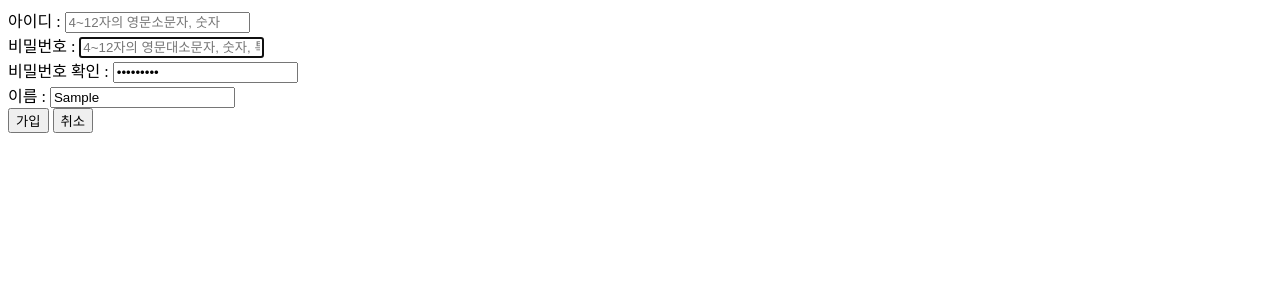
Repository: ih0615/NewJSP
Page: http://localhost/board/views/member/registerForm.jsp
These files come from the project's save history. The page is drawn as it stood at one moment and after the next save; the edit follows.
The browser window is 1280 px wide. The pictures show the whole page.
Empty fields were first filled with sample values (such as "Sample", 5 or name@example.com).
After loading, the first visible `button` was clicked once.
The page is served by Tomcat 9. Nobody is signed in. The application's start-up code is not run.

Above is the page before, as saved 2020-11-20 03:44:15.

After the next save:
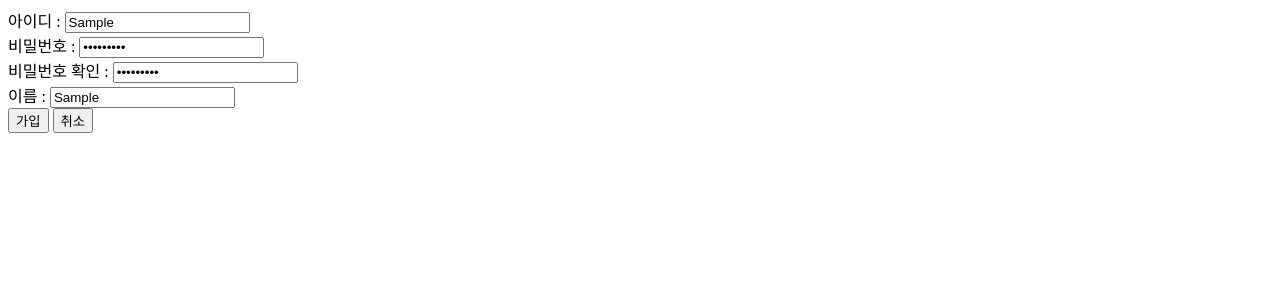
Console error: ReferenceError: regExpId is not defined
Saved 111 s later.
--- a/board/WebContent/views/member/registerForm.jsp
+++ b/board/WebContent/views/member/registerForm.jsp
@@ -37,14 +37,21 @@
 			return;
 		}
 
-		var regExpId = new RegExp("^[a-z][0-9]{4,12}$", "g");
+		var regExp = new RegExp("^[a-z][0-9]{4,12}$", "g");
 		if (regExpId.exec(id) == null) {
 			alert("잘못된 아이디 형식입니다.");
 			$('#id').val('');
 			$('#id').focus();
 		}
 
-		var regExpPwd = new RegExp("^[a-z][A-Z][0-9][!@#$%^&]{4,12}$","g");
+		regExp = new RegExp("^[a-z][A-Z][0-9][!@#$%^&]{4,12}$", "g");
+		if (regExpId.exec(pwd) == null) {
+			alert("잘못된 아이디 형식입니다.");
+			$('#pwd').val('');
+			$('#pwd').focus();
+		}
+
+		regExp = new RegExp("^[가-힣]{2,8}$", "g");
 		if (regExpId.exec(pwd) == null) {
 			alert("잘못된 아이디 형식입니다.");
 			$('#pwd').val('');

After the 2 saves that followed:
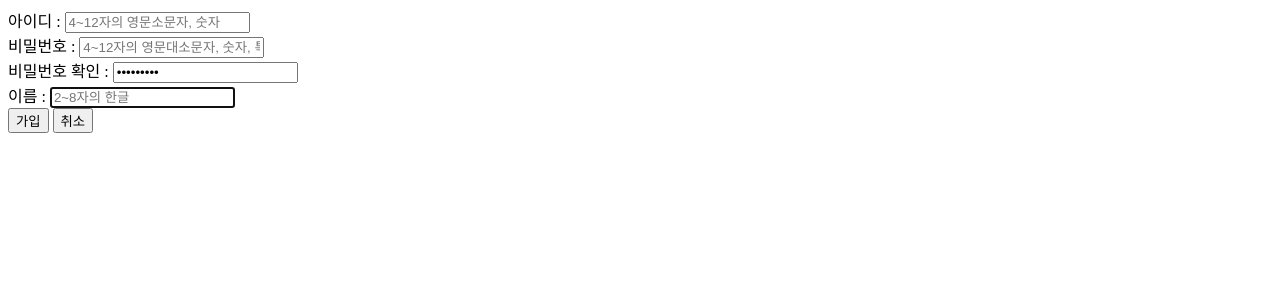
The error is gone.
The 2 saves are shown as one change because 1 left the picture as it was.
The last was saved 2 min 11 s later.
--- a/board/WebContent/views/member/registerForm.jsp
+++ b/board/WebContent/views/member/registerForm.jsp
@@ -38,24 +38,24 @@
 		}
 
 		var regExp = new RegExp("^[a-z][0-9]{4,12}$", "g");
-		if (regExpId.exec(id) == null) {
+		if (regExp.exec(id) == null) {
 			alert("잘못된 아이디 형식입니다.");
 			$('#id').val('');
 			$('#id').focus();
 		}
 
 		regExp = new RegExp("^[a-z][A-Z][0-9][!@#$%^&]{4,12}$", "g");
-		if (regExpId.exec(pwd) == null) {
+		if (regExp.exec(pwd) == null) {
 			alert("잘못된 아이디 형식입니다.");
 			$('#pwd').val('');
 			$('#pwd').focus();
 		}
 
 		regExp = new RegExp("^[가-힣]{2,8}$", "g");
-		if (regExpId.exec(pwd) == null) {
-			alert("잘못된 아이디 형식입니다.");
-			$('#pwd').val('');
-			$('#pwd').focus();
+		if (regExp.exec(name) == null) {
+			alert("잘못된 이름 형식입니다.");
+			$('#name').val('');
+			$('#name').focus();
 		}
 	}
 </script>
